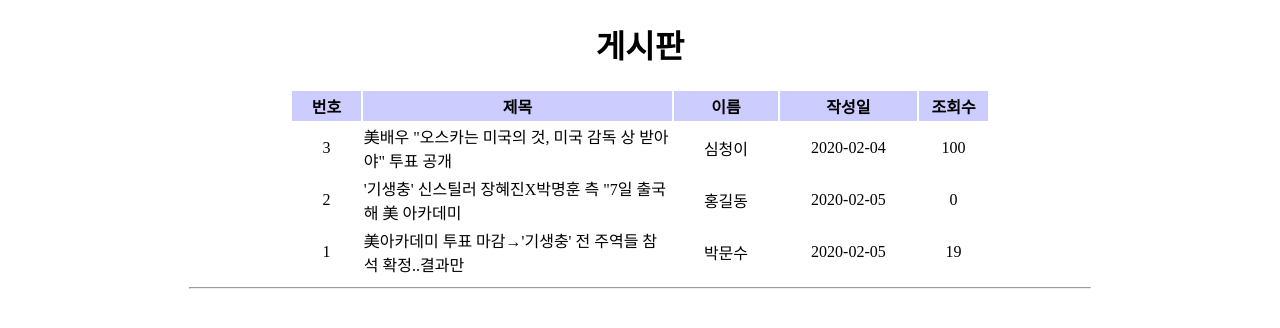
Repository: Rummikub/DBStudy
Page: HTML Project3/WebContent/html/list.html
The author's editor kept a copy of each file at every save. The page is drawn from the files as they stood at one save, then again after the next save.
The browser window is 1280 px wide. The pictures show the whole page.

Above is the page before, as saved 2020-02-05 06:42:15.

### HTML Project3/WebContent/html/list.html
<!DOCTYPE html>
<html>
<head>
<meta charset="UTF-8">
<title>Insert title here</title>
</head>
<body>
	<center>
	 <h1>게시판</h1>
	 <table border=0 width=700>
	  <tr bgcolor="#ccccff" height="30">
	   <th width=10%>번호</th>
	   <th width=45%>제목</th>
	   <th width=15%>이름</th>
	   <th width=20%>작성일</th>
	   <th width=10%>조회수</th>
	  </tr>
	  <tr height="30">
	   <td width=10% align="center">3</td>
	   <td width=45%>美배우 "오스카는 미국의 것, 미국 감독 상 받아야" 투표 공개</td>
	   <td width=15% align="center">심청이</td>
	   <td width=20% align="center">2020-02-04</td>
	   <td width=10% align="center">100</td>
	  </tr>
	  <tr height="30">
	   <td width=10% align="center">2</td>
	   <td width=45%>'기생충' 신스틸러 장혜진X박명훈 측 "7일 출국해 美 아카데미</td>
	   <td width=15% align="center">홍길동</td>
	   <td width=20% align="center">2020-02-05</td>
	   <td width=10% align="center">0</td>
	  </tr>
	  <tr height="30">
	   <td width=10% align="center">1</td>
	   <td width=45%>美아카데미 투표 마감→'기생충' 전 주역들 참석 확정..결과만</td>
	   <td width=15% align="center">박문수</td>
	   <td width=20% align="center">2020-02-05</td>
	   <td width=10% align="center">19</td>
	  </tr>
	 </table>
	 <hr width=900>
	</center>
</body>
</html>

After the next save:
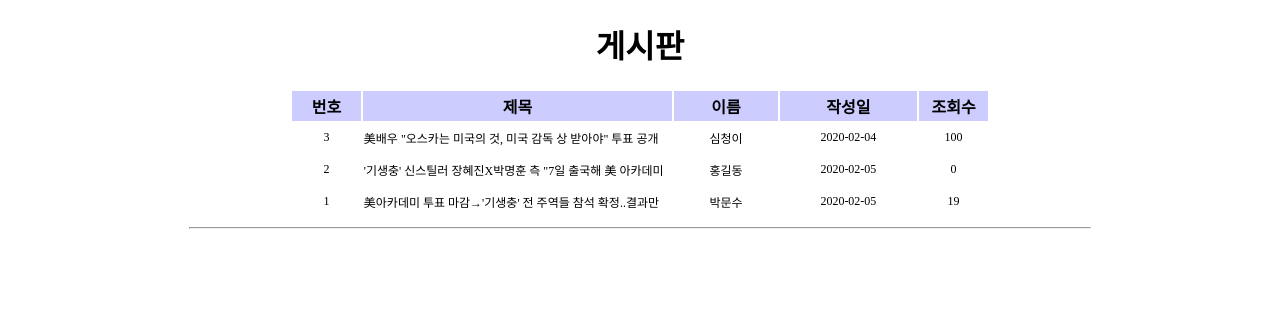
Saved 53 s later.
--- a/HTML Project3/WebContent/html/list.html
+++ b/HTML Project3/WebContent/html/list.html
@@ -3,6 +3,10 @@
 <head>
 <meta charset="UTF-8">
 <title>Insert title here</title>
+<style type="text/css">
+td {
+	font-size:9pt
+}</style>
 </head>
 <body>
 	<center>
